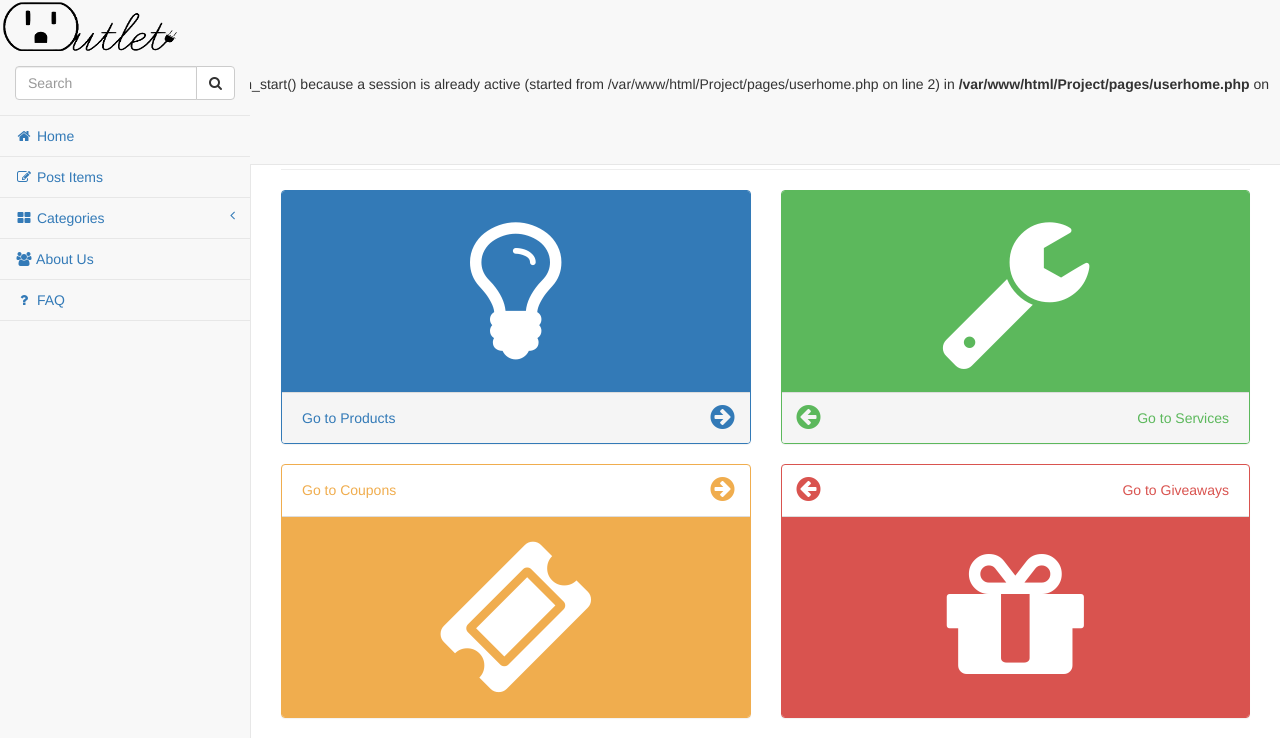
Repository: ixxan/Outlet
Page: http://localhost/Project/pages/userhome.php
The author's editor kept a record of every edit. The page is drawn from the files as they stood at one moment, then again after the next edit.
The browser window is 1280 px wide. The pictures show the whole page.
The page is run by PHP 8.4 with error messages shown; the project is at /var/www/html/.

Above is the page before.
Console error (its wording comes from the project's code and is left out).

After the next edit:
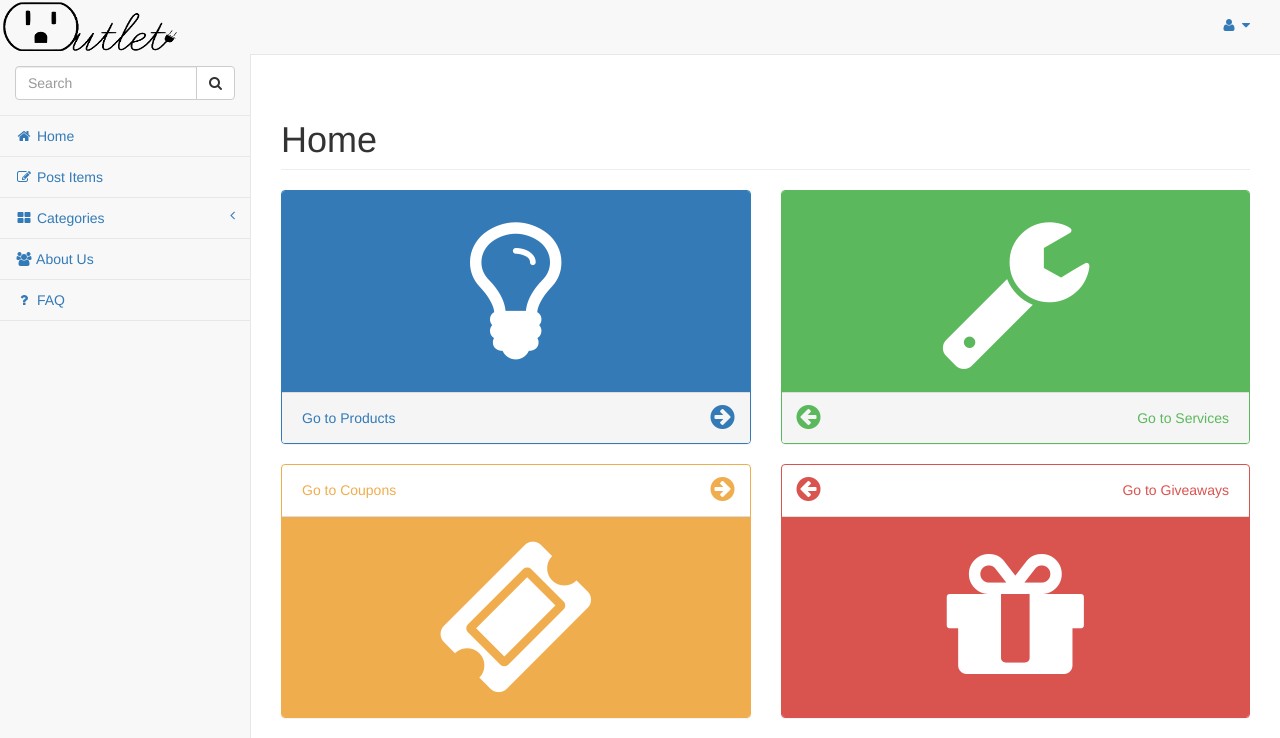
The edit:
--- a/Project/pages/userhome.php
+++ b/Project/pages/userhome.php
@@ -1,6 +1,3 @@
-<?php
-session_start();
-?>
 
 <!DOCTYPE html>
 <html lang="en">
